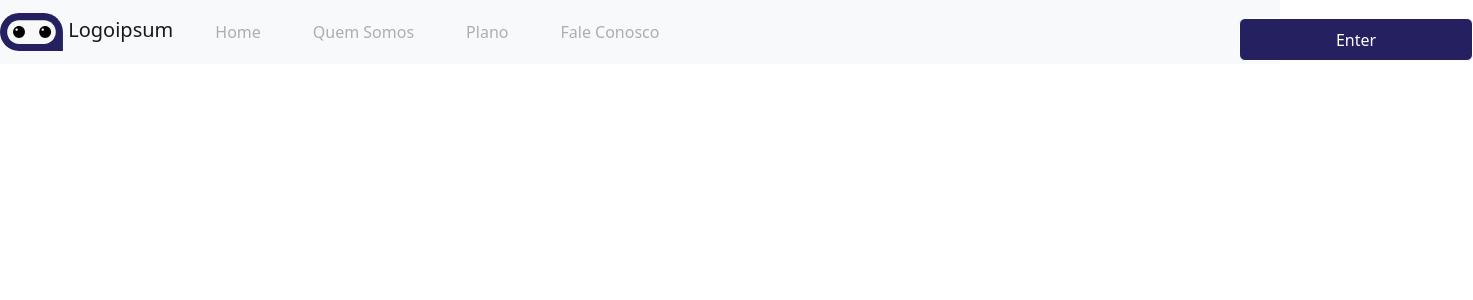
Repository: Williamlmachado/Desafio-Landing-page
Page: index.html
These files come from the project's save history. The page is drawn as it stood at one moment and after the next save; the edit follows.
The browser window is 1280 px wide. The page is 1473 px wide, so the pictures cover 1473 px, including what lies to the right of the window. The pictures show the whole page.

Above is the page before, as saved 2021-11-06 15:19:33.

After the next save:
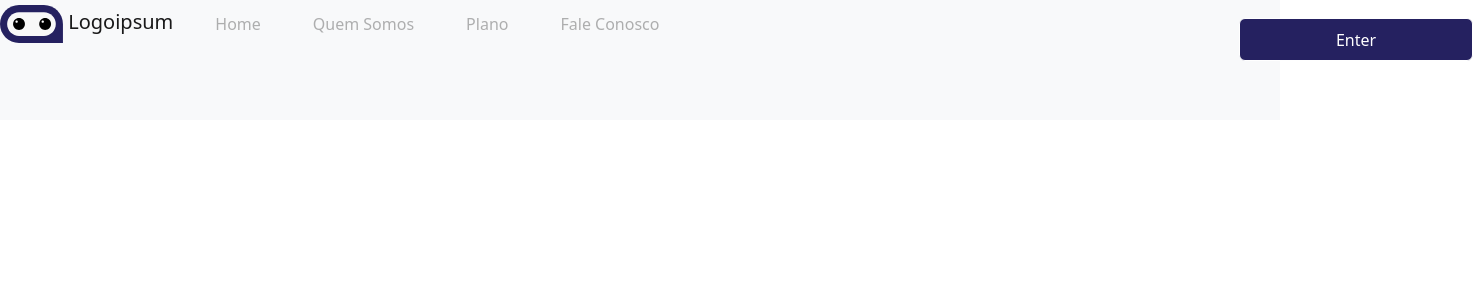
Saved 37 s later.
--- a/style.css
+++ b/style.css
@@ -55,3 +55,6 @@
 .nav-item-right{
     padding: 0 18px;
 }
+.navbar {
+    padding: 0 0 4.5rem;
+  }

After the save that followed:
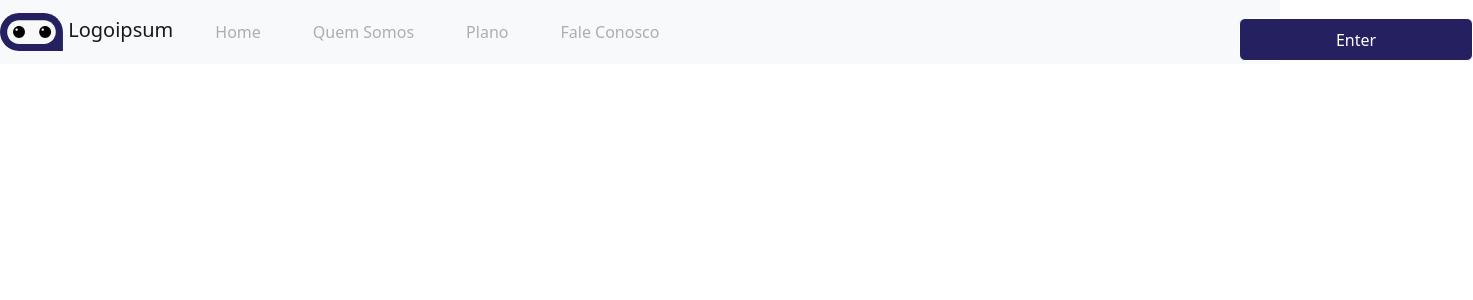
Saved 13 s later.
--- a/style.css
+++ b/style.css
@@ -55,6 +55,3 @@
 .nav-item-right{
     padding: 0 18px;
 }
-.navbar {
-    padding: 0 0 4.5rem;
-  }
